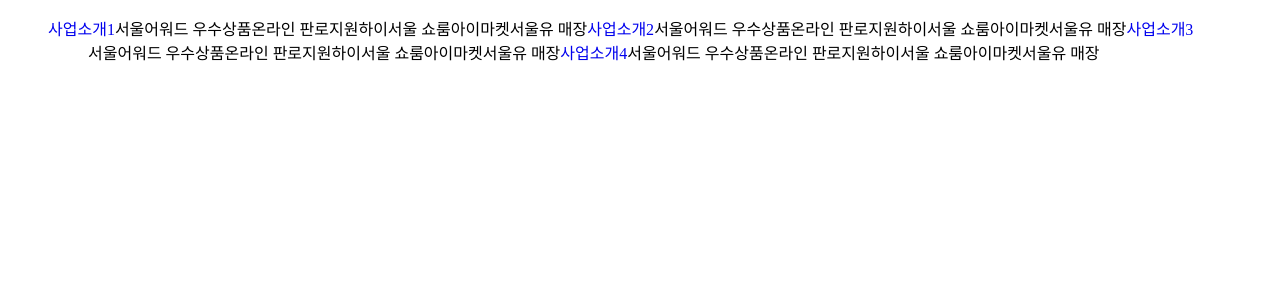
Repository: Ahn-jeong/javabasic
Page: 1.BasicJava/workspace/basic/WebContent/1024/각각메뉴슬라이드.html
The author's editor kept a copy of each file at every save. The page is drawn from the files as they stood at one save, then again after the next save.
The browser window is 1280 px wide. The pictures show the whole page.

Above is the page before, as saved 2019-10-24 05:12:12.

### 1.BasicJava/workspace/basic/WebContent/1024/각각메뉴슬라이드.html
<!DOCTYPE html>
<html>
	<head>
		<meta charset="UTF-8">
		<title>각각 메뉴 슬라이드</title>
		<style>
			ul li{
				list-style: none;
			}
			a {
				text-decoration: none;
			}

			/*메뉴스타일*/
			.dropdown{
				position: relative;
			}
			.dropdown li {
				float : left;
			}

			/*서브메뉴 스타일*/
		</style>
	</head>
	<body>
		<nav>
			<ul class = "dropdown">
				<li><a href = "#">사업소개1</a></li>
				<ul class = "submenu">
					<li>서울어워드 우수상품</li>
					<li>온라인 판로지원</li>
					<li>하이서울 쇼룸</li>
					<li>아이마켓서울유 매장</li>
				</ul>
			</ul>
			<ul class = "dropdown">
				<li><a href = "#">사업소개2</a></li>
				<ul class = "submenu">
					<li>서울어워드 우수상품</li>
					<li>온라인 판로지원</li>
					<li>하이서울 쇼룸</li>
					<li>아이마켓서울유 매장</li>
				</ul>
			</ul>
			<ul class = "dropdown">
				<li><a href = "#">사업소개3</a></li>
				<ul class = "submenu">
					<li>서울어워드 우수상품</li>
					<li>온라인 판로지원</li>
					<li>하이서울 쇼룸</li>
					<li>아이마켓서울유 매장</li>
				</ul>
			</ul>
			<ul class = "dropdown">
				<li><a href = "#">사업소개4</a></li>
				<ul class = "submenu">
					<li>서울어워드 우수상품</li>
					<li>온라인 판로지원</li>
					<li>하이서울 쇼룸</li>
					<li>아이마켓서울유 매장</li>
				</ul>
			</ul>
		</nav>
	</body>
</html>

After the next save:
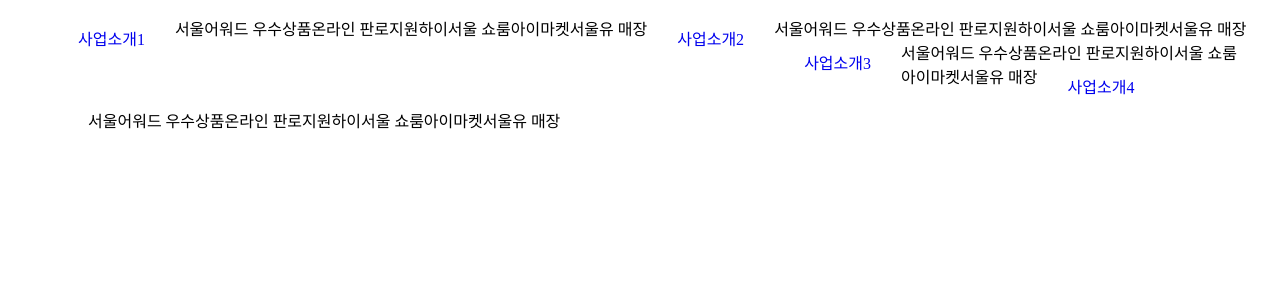
Saved 31 s later.
--- a/1.BasicJava/workspace/basic/WebContent/1024/각각메뉴슬라이드.html
+++ b/1.BasicJava/workspace/basic/WebContent/1024/각각메뉴슬라이드.html
@@ -12,11 +12,16 @@
 			}
 
 			/*메뉴스타일*/
+
 			.dropdown{
 				position: relative;
 			}
 			.dropdown li {
 				float : left;
+			}
+			.dropdown a{
+				display: block;
+				padding : 10px 30px;
 			}
 
 			/*서브메뉴 스타일*/
